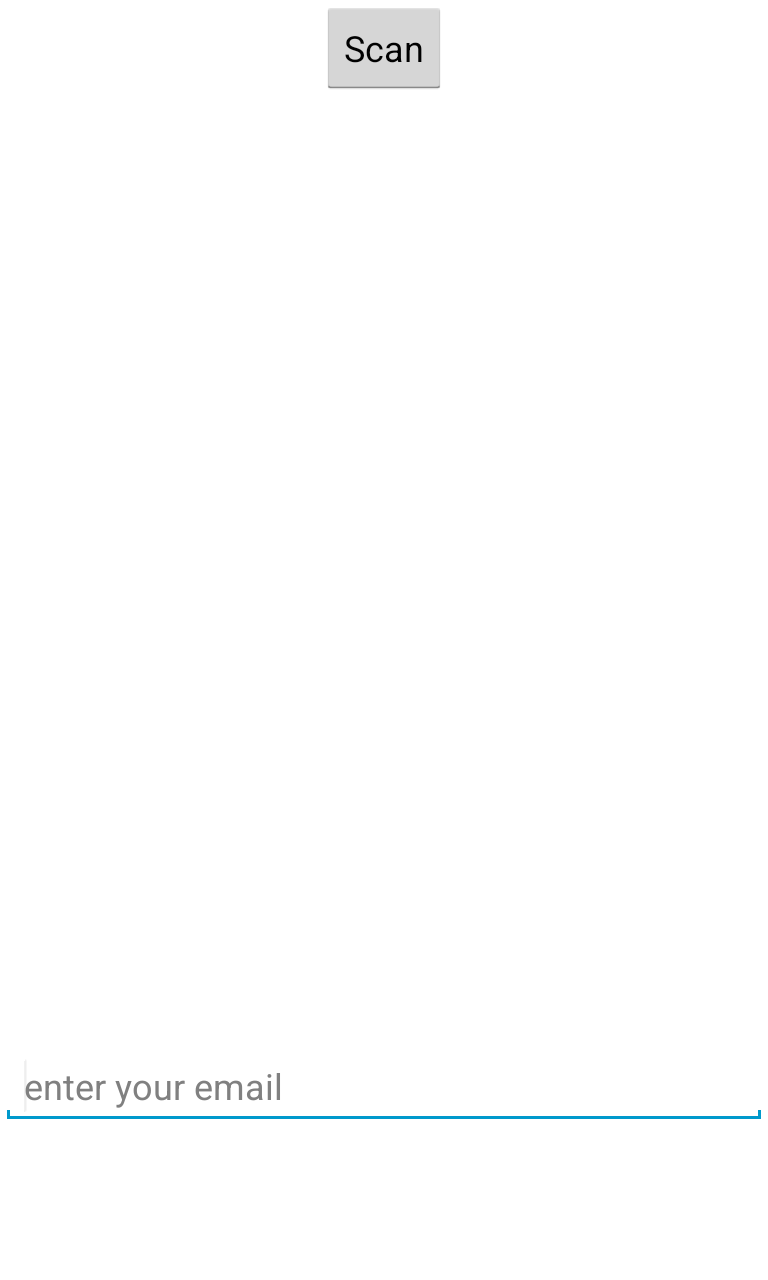
Repository: jessewang129/BarcodeScanner
Layout: nwhack/res/layout/activity_main.xml
An editor plug-in stored every save of this project. The layout is shown before and after the next save, followed by the edit.
It is drawn on a 768 x 1280 px phone screen (xhdpi) without system bars, with theme AppTheme; the app's code is not run.

Above is the layout before, as saved 2015-03-15 11:22:21.

### nwhack/res/layout/activity_main.xml
<RelativeLayout xmlns:android="http://schemas.android.com/apk/res/android"
    xmlns:tools="http://schemas.android.com/tools"
    android:layout_width="match_parent"
    android:layout_height="match_parent" >
    <Button android:id="@+id/scan_button"
        android:layout_width="wrap_content"
        android:layout_height="wrap_content"
        android:layout_centerHorizontal="true"
        android:text="@string/scan" />
    <TextView
	    android:id="@+id/scan_format"
	    android:layout_width="wrap_content"
	    android:layout_height="wrap_content"
	    android:textIsSelectable="true"
	    android:layout_centerHorizontal="true"
	    android:layout_below="@id/scan_button" />

	<TextView
	    android:id="@+id/scan_content"
	    android:layout_width="wrap_content"
	    android:layout_height="wrap_content"
	    android:layout_below="@id/scan_format"
	    android:textIsSelectable="true" />

	<TextView
	    android:id="@+id/product_name"
	    android:layout_width="match_parent"
	    android:layout_height="wrap_content"
	    android:layout_alignParentLeft="true"
	    android:layout_below="@+id/scan_content"
	    android:layout_marginTop="50dp"
	    android:textAppearance="?android:attr/textAppearanceLarge" />

	<EditText
	    android:id="@+id/email_address"
	    android:layout_width="fill_parent"
	    android:layout_height="wrap_content"
	    android:layout_alignParentBottom="true"
	    android:layout_alignParentLeft="true"
	    android:layout_marginBottom="77dp"
	    android:ems="10"
	    android:hint="@string/email_hint"
	    android:inputType="textEmailAddress" >

	    <requestFocus />
	</EditText>

</RelativeLayout>

### nwhack/res/values/strings.xml
<?xml version="1.0" encoding="utf-8"?>
<resources>

    <string name="app_name">nwhack</string>
    <string name="hello_world">Hello world!</string>
    <string name="action_settings">Settings</string>
	<string name="scan">Scan</string>
	<string name="email_hint">enter your email</string>
</resources>

Loaded but not shown: nwhack/res/values/styles.xml (common file); nwhack/res/values-v11/styles.xml (common file); nwhack/res/values-v14/styles.xml (common file)

After the next save:
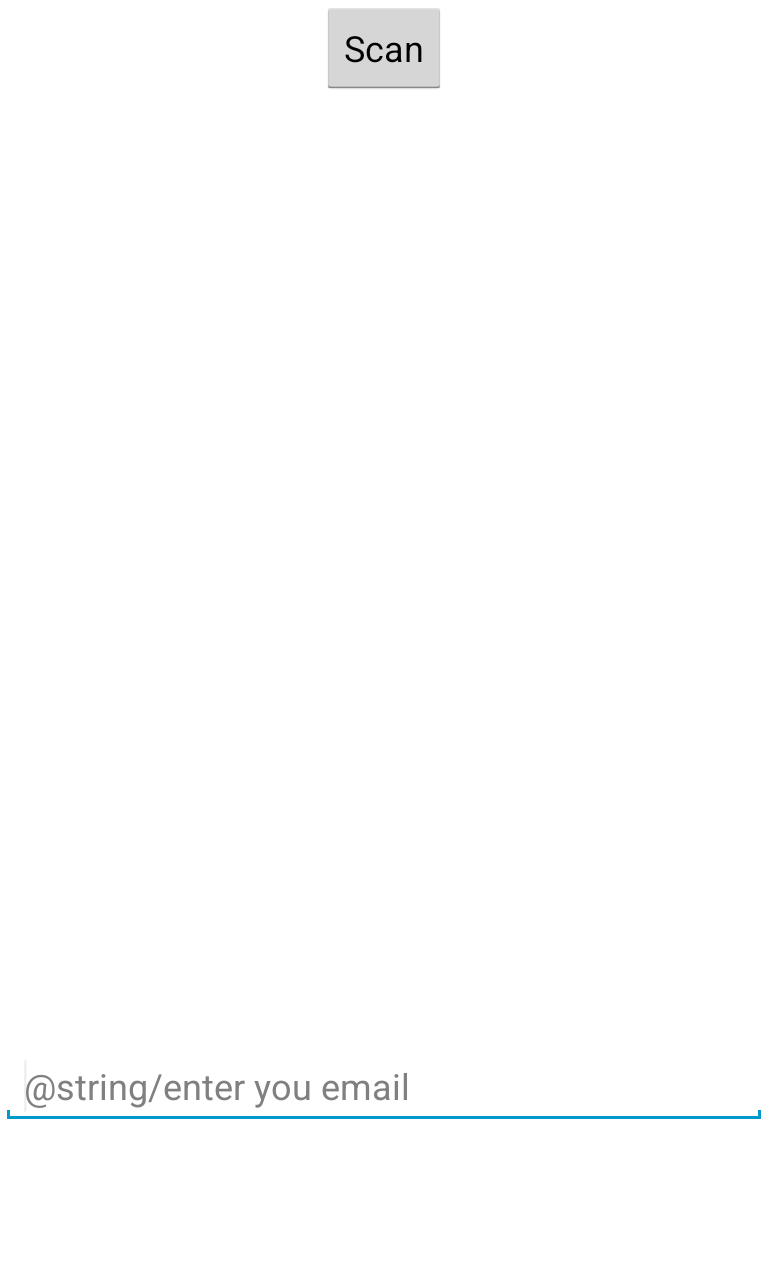
Saved 34 s later.
--- a/nwhack/res/layout/activity_main.xml
+++ b/nwhack/res/layout/activity_main.xml
@@ -39,7 +39,7 @@
 	    android:layout_alignParentLeft="true"
 	    android:layout_marginBottom="77dp"
 	    android:ems="10"
-	    android:hint="@string/email_hint"
+	    android:hint="@string/enter you email"
 	    android:inputType="textEmailAddress" >
 
 	    <requestFocus />

After the save that followed:
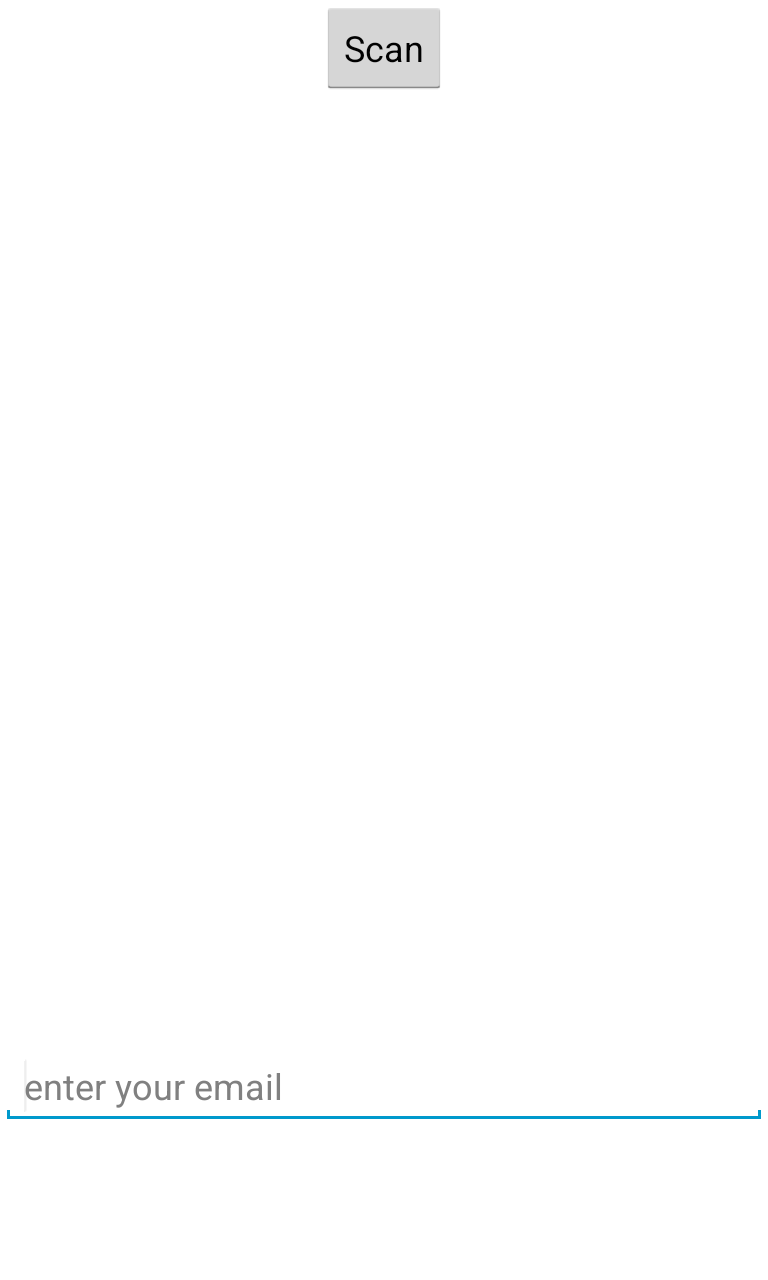
Saved 78 s later.
--- a/nwhack/res/layout/activity_main.xml
+++ b/nwhack/res/layout/activity_main.xml
@@ -39,7 +39,7 @@
 	    android:layout_alignParentLeft="true"
 	    android:layout_marginBottom="77dp"
 	    android:ems="10"
-	    android:hint="@string/enter you email"
+	    android:hint="enter your email"
 	    android:inputType="textEmailAddress" >
 
 	    <requestFocus />
